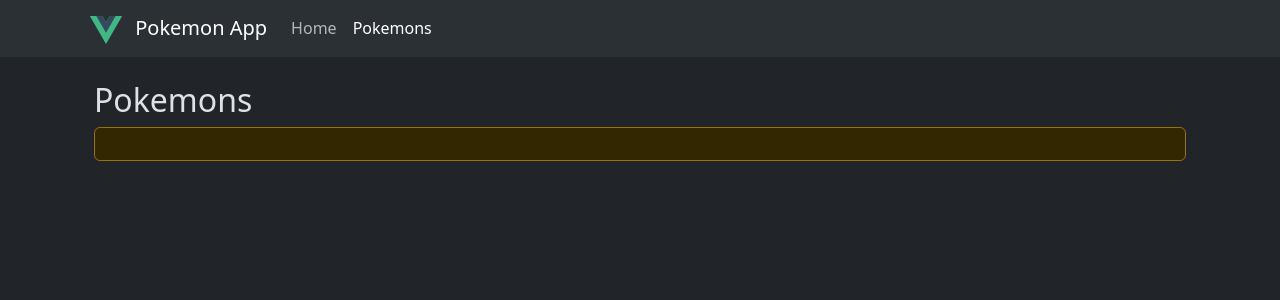
Repository: jjdevzinho/curso-vue-pinia-com-ts-poke-api
Page: /pokemons
The author's editor kept a copy of each file at every save. The page is drawn from the files as they stood at one save, then again after the next save.
The browser window is 1280 px wide. The pictures show the whole page.
The page's requests for data from a server got no answer. The project was rebuilt for these pictures with package versions that can differ from the ones it lists, and the page was loaded fresh each time. No one was signed in, and anything a server would have sent is missing. Also part of the build but not shown: vite.config.ts, src/views/HomeView.vue.

Above is the page before, as saved 2024-10-13 22:43:14.

After the next save:
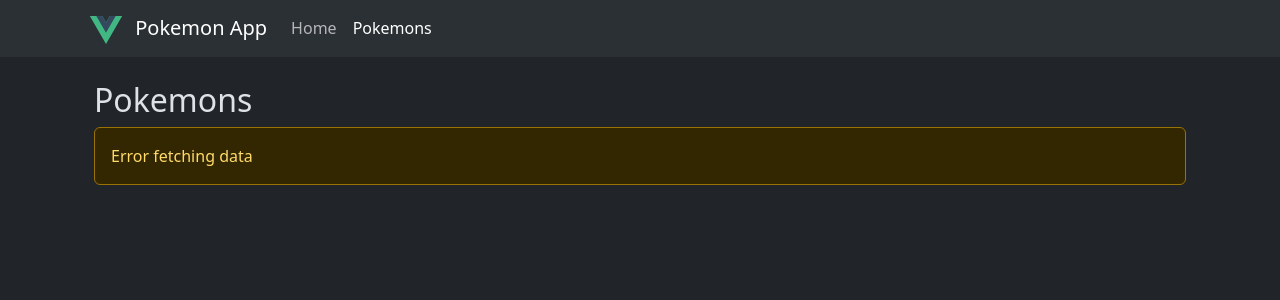
Saved 17 s later.
--- a/src/views/PokemonListView.vue
+++ b/src/views/PokemonListView.vue
@@ -18,7 +18,7 @@
 <template>
   <h2>Pokemons</h2>
   <p v-if="loading">loading...</p>
-  <div class="alert alert-warning" v-if="error"></div>
+  <div class="alert alert-warning" v-if="error">{{ error }}</div>
   <div v-if="data">
     <ul class="">
       <li v-for="pokemon in data.results" :key="pokemon.name">
